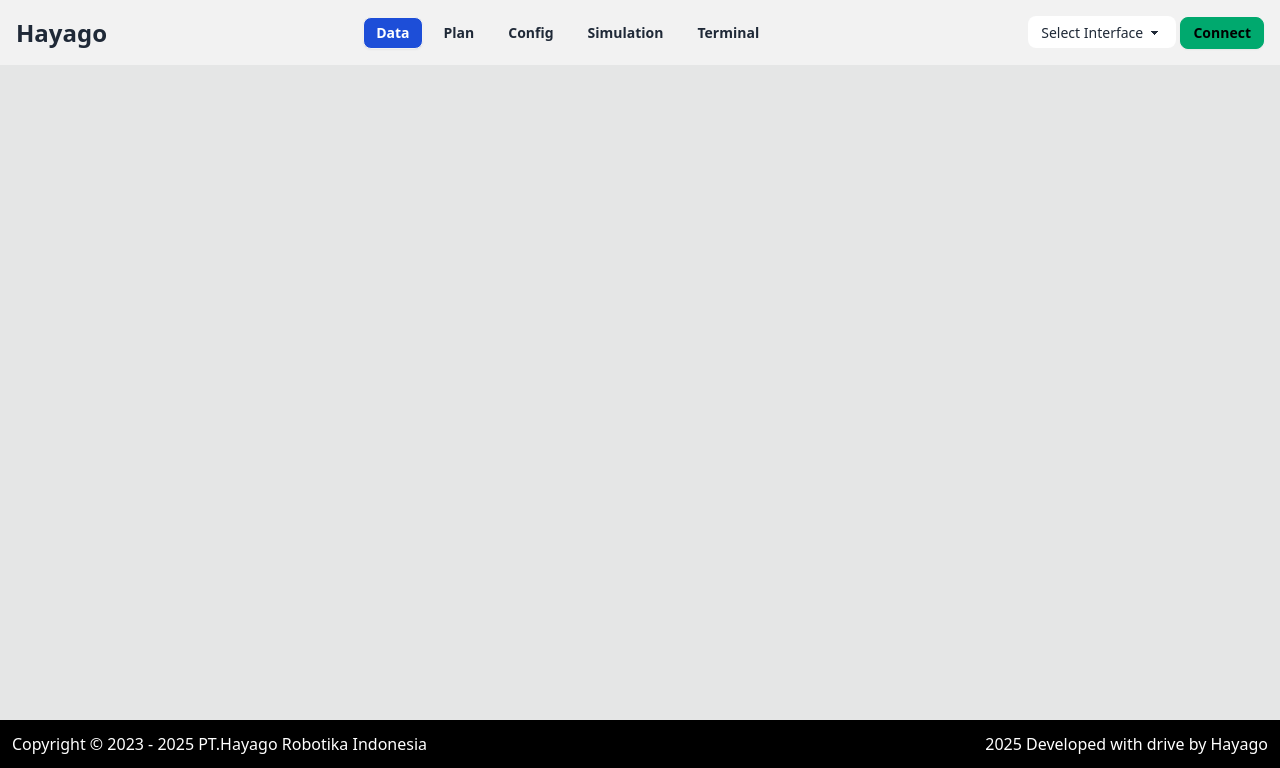
Repository: khulqu15/rov.commander
Page: http://localhost/planner/
These files come from the project's save history. The page is drawn as it stood at one moment and after the next save; the edit follows.
The browser window is 1280 px wide. The pictures show the whole page.
Some web libraries are served in a nearby version. The page is served by the project's application, run on Django 5.2 (manage.py).

Above is the page before, as saved 2025-02-06 21:12:02.

After the next save:
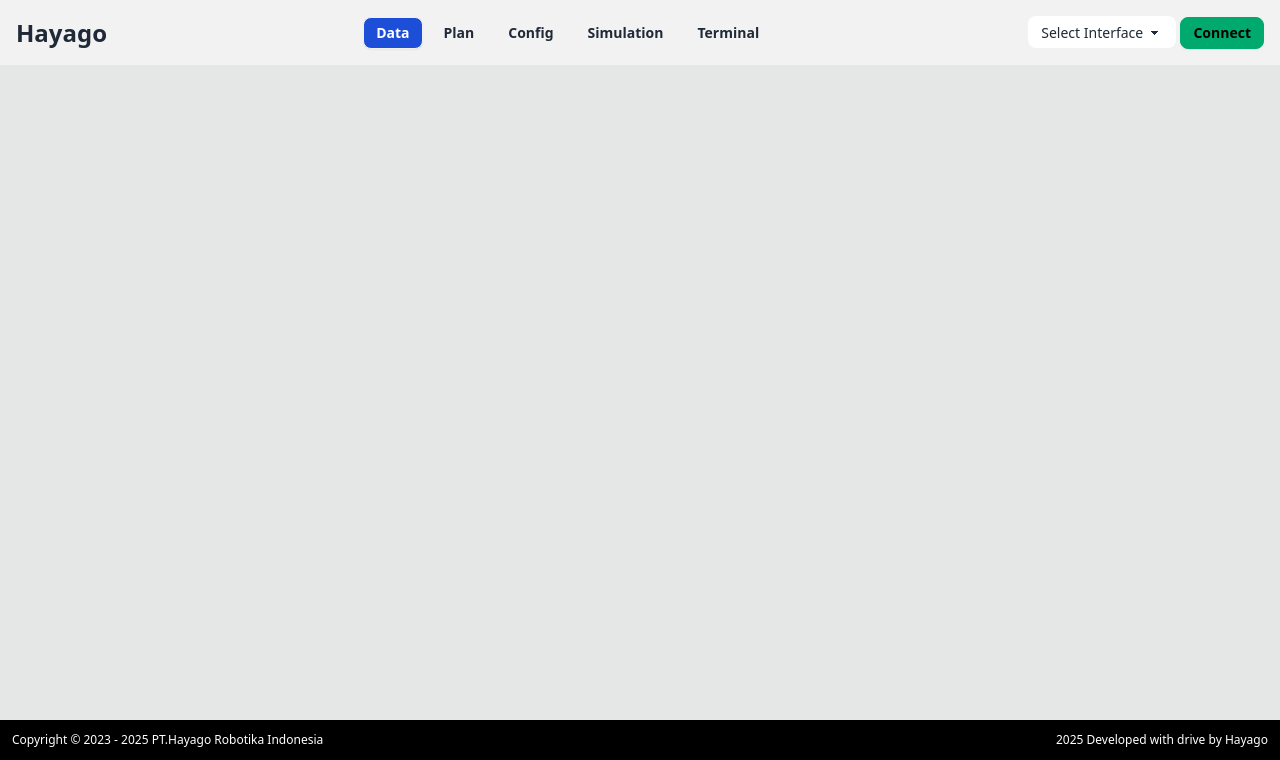
Saved 5 s later.
--- a/templates/index.html
+++ b/templates/index.html
@@ -30,7 +30,7 @@
         </form>
     </div>
     <div class="min-h-screen w-full bg-base-300"></div>
-    <div class="flex w-full justify-between p-3 items-center bg-black text-white">
+    <div class="flex w-full justify-between p-3 text-xs items-center bg-black text-white">
         <div>Copyright © 2023 - 2025 PT.Hayago Robotika Indonesia</div>
         <div>2025 Developed with drive by Hayago</div>
     </div>
